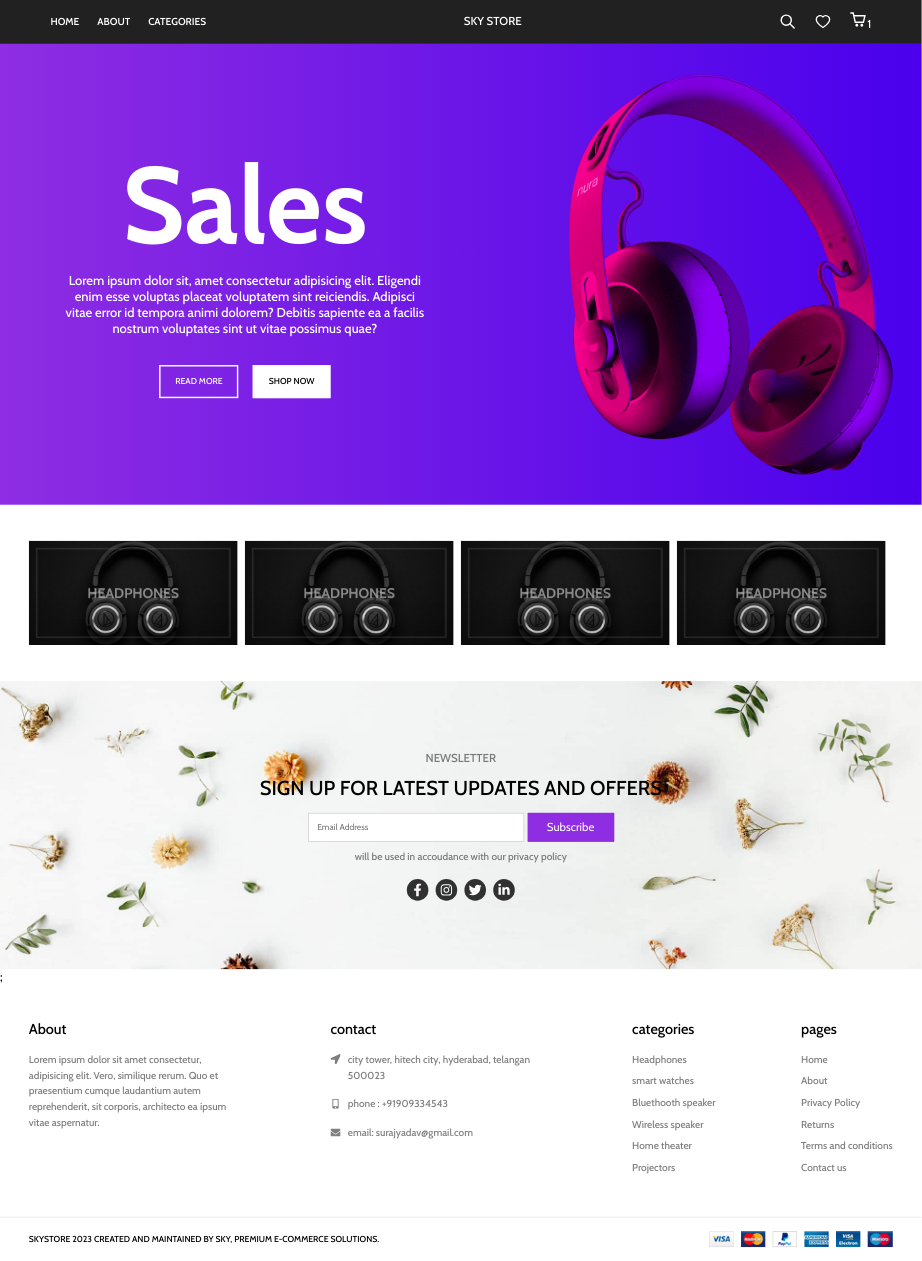
Repository: suraj-yadav7/ecommerce
Page: /
The author's editor kept a copy of each file at every save. The page is drawn from the files as they stood at one save, then again after the next save.
The browser window is 1280 px wide. The pictures show the whole page, at 72% of full size.
The project was rebuilt for these pictures with package versions that can differ from the ones it lists, and the page was loaded fresh each time. Also part of the build but not shown: src/components/Category/Category.scss, src/components/Category/Category.jsx, src/components/SingleProduct/SingleProduct.scss, src/components/SingleProduct/SingleProduct.jsx, src/App.scss, src/components/Header/Search/Search.scss, src/components/Header/Search/Search.jsx, src/components/Cart/Cart.scss and 3 more.

Above is the page before, as saved 2023-06-19 11:41:09.

### src/index.jsx
import React from 'react';
import ReactDOM from 'react-dom/client';
import './index.scss';
import App from './App';
import { Provider } from 'react-redux';
import store from './store/store';

const root = ReactDOM.createRoot(document.getElementById('root'));
root.render(
<Provider store={store}>
    <App />
</Provider>
);

### src/App.jsx
import React from 'react';
import { BrowserRouter as Router, Routes, Route } from 'react-router-dom';
import Home from "./components/Home/Home"
import Category from "./components/Category/Category"
import SingleProduct from "./components/SingleProduct/SingleProduct"
import './App.scss';
import Header from './components/Header/Header';
import Footer from './components/Footer/Footer';
import Newsletter from './components/Footer/Newsletter/Newsletter';

function App() {
  return (
   <>
   <Router>
    <Header/>
    <Routes>
        <Route exact path="/" element={<Home/>} />
        <Route exact path="/category/:id" element={<Category/>} />
        <Route exact path="/product/:id" element={<SingleProduct/>} />
    </Routes>
    <Newsletter/>
    <Footer />
   </Router>
   </>
  );
}

export default App;

### src/store/store.jsx
import { configureStore } from "@reduxjs/toolkit";
import productSlice from "./slices/productSlice";


const store = configureStore({
    reducer:{
        product:productSlice
    }
})

export default store;

### src/components/Home/Home.jsx
import { useDispatch, useSelector } from "react-redux";
import "./Home.scss";
import { addElement } from "../../store/slices/productSlice";
import Banner from "./Banner/Banner";
import Category from "../Home/Category/Category";


const Home = () => {
    const dispatch = useDispatch()
    const data = useSelector((state) => state.product.data)
    return (
        <>
            <div className="home">
                <Banner />
                <div className="main-content">
                    <div className="layout">
                        <Category />
                    </div>
                </div>
            </div>
        </>

    )
};

export default Home;

### src/components/Header/Header.jsx
import "./Header.scss";
import Search from "./Search/Search"
import Cart from "../Cart/Cart"
import { TbSearch } from "react-icons/tb"
import { CgShoppingCart } from "react-icons/cg"
import { AiOutlineHeart } from "react-icons/ai"
import "./Header.scss"
import { useEffect, useState } from "react";

const Header = () => {
    const [scrollVal, setScrollVal] = useState(false)
    const handleScroll = ()=>{
        const offset = window.scrollY;
        console.log(offset)
        if(offset > 200){
            setScrollVal(true)
        }
        else{
            setScrollVal(false)
        }
    }
    useEffect(()=>{
        window.addEventListener("scroll", handleScroll)
    },[])

    return (
        <>
            <header className={`main-header ${scrollVal? "sticky-header":""}`}>
                <div className="header-content">
                    <ul className="left" >
                        <li>Home</li>
                        <li>About</li>
                        <li>Categories</li>
                    </ul>
                    <div className="center"> SKY STORE</div>
                    <div className="right">
                        <TbSearch />
                        <AiOutlineHeart />
                        <span className="cart-icon">
                            <CgShoppingCart />1
                        </span>
                    </div>
                </div >
            </header >
        </>
    )
};

export default Header;

### src/components/Footer/Footer.jsx
import React from "react";
import "./Footer.scss";
import { FaLocationArrow, FaMobileAlt, FaEnvelope } from "react-icons/fa";
import Payment from "../../assets/payments.png";
const Footer = () => {
    return (
        <footer className="footer">
            <div className="footer-content">
                <div className="col">
                    <div className="title" > About</div>
                    <div className="text">Lorem ipsum dolor sit amet consectetur, adipisicing elit. Vero, similique rerum. Quo et praesentium cumque laudantium autem reprehenderit, sit corporis, architecto ea ipsum vitae aspernatur. </div>
                </div>
                <div className="col">
                    <div className="title" > contact</div>
                    <div className="c-item">
                        <FaLocationArrow />
                        <div className="text">city tower, hitech city, hyderabad, telangan 500023</div>
                    </div>
                    <div className="c-item">
                        <FaMobileAlt />
                        <div className="text">phone : +91909334543</div>
                    </div>
                    <div className="c-item">
                        <FaEnvelope />
                        <div className="text">email: surajyadav@gmail.com</div>
                    </div>

                </div>
                <div className="col">
                    <div className="title" > categories</div>
                    <div className="text">Headphones</div>
                    <div className="text">smart watches</div>
                    <div className="text">Bluethooth speaker</div>
                    <div className="text">Wireless speaker</div>
                    <div className="text">Home theater</div>
                    <div className="text">Projectors</div>
                </div>
                <div className="col">
                    <div className="title" > pages</div>
                    <div className="text">Home</div>
                    <div className="text">About</div>
                    <div className="text">Privacy Policy</div>
                    <div className="text">Returns</div>
                    <div className="text">Terms and conditions</div>
                    <div className="text">Contact us</div>
                </div>
            </div>
            <div className="bottom-bar">
                <div className="bottom-bar-content">
                    <div className="text">
                        SKYSTORE 2023 CREATED AND MAINTAINED BY SKY, PREMIUM E-COMMERCE SOLUTIONS.
                    </div>
                    <img src={Payment} alt="payment-options"/>
                </div>
            </div>
        </footer>
    )
};
export default Footer;

### src/components/Footer/Newsletter/Newsletter.jsx
import React from "react";
import {
    FaFacebookF,
    FaTwitter,
    FaInstagram,
    FaLinkedinIn,
} from "react-icons/fa";
import "./Newsletter.scss"

const Newsletter = () => {
    return (
    <>
        <div className="newsletter-section">
            <div className="newsletter-content">
                <span className="small-text" >Newsletter</span>
                <span className="big-text"> Sign up for latest updates and offers</span>
                <div className="form">
                    <input type="text" placeholder="Email Address" />
                    <button className="btn-sub">Subscribe</button>
                </div>
                <div className="text">will be used in accoudance with our privacy policy </div>
                <div className="social-icons">
                    <div className="icon">
                        <FaFacebookF size={18} />
                    </div>
                    <div className="icon">
                        <FaInstagram size={18} />
                    </div>
                    <div className="icon">
                        <FaTwitter size={18} />
                    </div>
                    <div className="icon">
                        <FaLinkedinIn size={18} />
                    </div>

                </div>
            </div>
        </div>;
    </>
    )
};
export default Newsletter;

### src/store/slices/productSlice.jsx
import { createSlice } from "@reduxjs/toolkit";

const productSlice = createSlice({
    name:"productSlice",
    initialState:{
        data:["lg", "sansung", "onida"],
        loading:false,
        error:null
    },

    reducers:{
        addElement:(state, action)=>{
            state.data.push(action.payload)
        },

    },

    extraReducers:{

    }


})

export default productSlice.reducer

export const {addElement}= productSlice.actions;

### src/components/Home/Home.scss
@import "../../css-config/mixins.scss";

.main-content{
    max-width: calc(100% - 20px);
    margin: 0 auto;
    @include md{
        max-width: 1200px;
    }
}

### src/components/Home/Banner/Banner.jsx
import "./Banner.scss";
import BannerImg from '../../../assets/banner-img.png'
const Banner = () => {
    return(
        <>
        <div className="hero-banner">
            <div className="content">
                <div className="text-content">
                    <h1>Sales</h1>
                    <p>Lorem ipsum dolor sit, amet consectetur adipisicing elit. Eligendi enim esse voluptas placeat voluptatem sint reiciendis. Adipisci vitae error id tempora animi dolorem? Debitis sapiente ea a facilis nostrum voluptates sint ut vitae possimus quae?</p>
                    <div className="ctas">
                        <div className="banner-cta">Read More</div>
                        <div className="banner-cta v2">Shop now</div>
                    </div>
                </div>
                <img src={BannerImg}className="banner-img" alt="banner-img"></img>
            </div>

        </div>

        </>
)
};

export default Banner;

### src/components/Home/Category/Category.jsx
import React from "react";
import cart1 from "../../../assets/category/cat-1.jpg"
import "./Category.scss";
const Category = () => {
    return (
    <>
        <div className="shop-by-category">
            <div className="categories">
                <div className="category">
                    <img src={cart1} alt=""/>
                </div>
                <div className="category">
                    <img src={cart1} alt=""/>
                </div>
                <div className="category">
                    <img src={cart1} alt=""/>
                </div>

                <div className="category">
                    <img src={cart1} alt=""/>
                </div>
            </div>

        </div>

    </>
    )
};

export default Category;

### src/components/Header/Header.scss
@import "../../css-config/mixins.scss";

.main-header {
    width: 100%;
    padding: 0 20px;
    background-color: #212121;
    color: white;
    border-bottom: 1px solid rgba(0, 0, 0, 0.1);
    z-index: 99;
    @include md {
        padding: 0 40px;
    }

    .header-content {
        display: flex;
        justify-content: space-between;
        align-items: center;
        height: 50px;
        max-width: 95%;
        margin: 0 auto;

        @include md {
            height: 60px;
        }

        .left {
            list-style-type: none;
            display: none;
            gap: 25px;

            @include md {
                display: flex;
            }

            li {
                font-size: 14px;
                font-weight: 600;
                text-transform: uppercase;
                cursor: pointer;
            }
        }

        •center {
            font-size: 22px;
            font-weight: 700;
            cursor: pointer;

            @include md {
                font-size: 33px;
                position: absolute;
                left: 50%;
                transform: translateX(-50%);
            }
        }

        .right {
            display: flex;
            align-items: center;
            gap: 20px;

            @include md {
                gap: 25px;
            }

            svg {
                font-size: 20px;
                cursor: pointer;

                @include md {
                    font-size: 24px;
                }
            }

            .cart-icon {
                position: relative;

                span {
                    min-width: 20px;
                    text-align: center;
                    background-color: #8e2de2;
                    padding: 2.5px;
                    position: absolute;
                    top: -5px;
                    right: -12px;
                    font-size: 12px;
                    line-height: 1;
                    border-radius: 10px;

                }
            }
        }

    }

    &.sticky-header{
        position: sticky;
        top:0;
        transform: translateY(-60);
        animation: stickyHeader 0.3s ease forwards;
    }
}

@keyframes stickyHeader{
    0%{
        transform: translateY(-60px);
    }
    100%{
        transform: translateY(0);
    }
}

### src/components/Footer/Footer.scss
@import "../../css-config/mixins.scss";

.footer {
    width: 100%;

    .footer-content {
        padding: 50px 20px;
        max-width: 1200px;
        margin: 0 auto;
        display: flex;
        flex-flow: wrap;
        gap: 20px;

        @include md {
            justify-content: space-between;
            padding: 50px 0;
        }

        .col {
            max-width: 300px;

            .title {
                margin-bottom: 20px;
                font-size: 20px;
            }

            .text {
                color: rgb(0, 0, 0, 0.5);
                font-size: 14px;
                margin-bottom: 8px;
            }

            .c-item {
                display: flex;
                margin-bottom: 10px;

                svg {
                    flex-shrink: 0;
                    font-size: 14px;
                    margin-right: 10px;
                    margin-top: 4px;
                    color: rgb(0, 0, 0, 0.5);

                }
            }
        }
    }

    .bottom-bar {
        border-top: 1px solid rgba(0, 0, 0, 0.1);
        .bottom-bar-content {
            padding: 20px;
            display: flex;
            align-items: center;
            flex-direction: column;
            text-align: center;
            gap: 10px;
            @include md {
                padding: 0;
                height: 60px;
                max-width: 1200px;
                margin: 0 auto;
                flex-direction: row;
                justify-content: space-between;
                text-align: left;
            }
            .text {
                font-size: 12px;
                color: Orgba (0, 0, 0, 0.5);
            }
        }
    }
}

### src/components/Footer/Newsletter/Newsletter.scss
@import "../../../css-config/mixins.scss";

.newsletter-section {
    width: 100%;
    height: 400px;
    display: flex;
    align-items: center;
    background: #f9f9f9 url("../../../assets/newsletter-bg.jpeg");
    background-position: center;
    background-repeat: no-repeat;
    background-size: cover;

    .newsletter-content {
        width: fit-content;
        display: flex;
        flex-direction: column;
        align-items: center;
        margin: 0 auto;
        text-align: center;

        .small-text {
            margin-bottom: 15px;
            text-transform: uppercase;
            color: rgba(0, 0, 0, 0.5);
        }

        .big-text {
            margin-bottom: 20px;
            font-size: 22px;
            line-height: 30px;
            font-weight: 500;
            text-transform: uppercase;
            padding: 0 30px;

            @include md {
                font-size: 28px;
            }
        }

        .form {
            display: flex;
            gap: 05px;
            margin-bottom: 10px;

            .btn-sub {
                outline: 0;
                border: 0;
                height: 40px;
                width: 100px;
                display: flex;
                align-items: center;
                justify-content: center;
                cursor: pointer;
                font-size: 16px;
                color: white;
                background-color: #8e2de2;
                border: 3px solid #8e2de2;

                @include md {
                    width: 120px;
                }
            }

            input {
                width: 200px;
                height: 40px;
                border-radius: 0;
                border: 1px solid rgba(0, 0, 0, 0.2);
                padding: 0 12px;
                font-size: 12px;
                outline: none;

                @include md {
                    width: 300px;
                }

            }


        }

        .text {
            margin-bottom: 20px;
            font-size: 14px;
            color: rgb(0, 0, 0, 0.5);
        }

        .social-icons {
            display: flex;
            gap: 10px;
            .icon {
                width: 30px;
                height: 30px;
                background-color: rgba(0, 0, 0, 0.8);
                border-radius: 50%;
                color: white;
                display: flex;
                justify-content: center;
                align-items: center;
            }
        }

        }
    }

### src/components/Home/Banner/Banner.scss
@import "../../../css-config/mixins.scss";

.hero-banner {
    padding: 40px 0;
    position: relative;
    background-image: linear-gradient(to right, #8e2de2, #4a00ed);
    @include md {
    height: calc(100vh - 80px) ;
    }
    .content{
    height: 100%;
    display: flex;
    justify-content: flex-end;
    align-items: center;
    flex-direction: column-reverse;
    max-width: calc(100% - 20px);
    margin: 0 auto;
    position: relative;
    @include md {
    flex-direction: row;
    max-width: 1200px;
    }
    .banner-img {
        position: relative;
        z-index: 9;
        width: 200px;
        margin-bottom: 20px;
        @include md{
            width: 450px;
            margin-right: 0px;
            margin-top: 0px;
            margin-bottom: 0;
        }
        @include xxl {
        width: 600px;
        margin-right: 0;
        margin-top: 0;
    }
    }
    .text-content {
        color: white;
        text-align: center;
        display: flex;
        flex-direction: column;
        align-items: center;
        @include md {
        position: absolute;
        left: 50px;
        top: 50%;
        transform: translateY(-50%) ;
        }
        @include xxl {
        left: 0;
        }
        h1{
            font-size: 80px;
            font-weight: 700;
            line-height: 1;
            margin-bottom: 20px;
            @include md{
                font-size: 150px;
            }
        }

        p{
            max-width: 300px;
            font-size: 14px;
            list-style: 20px;
            margin-bottom: 20px;
            @include md{
                max-width: 500px;
                font-size: 18px;
                line-height: 22px;
                margin-bottom: 40px;
            }
        }
        .ctas{
            display: flex;
            justify-content: center;
            gap: 20px;
            .banner-cta{
                text-transform: uppercase;
                font-size: 12px;
                font-weight: 500;
                width: fit-content;
                border: 2px solid white;
                padding: 10px 20px;
                cursor: pointer;
                &.v2{
                    background-color: white;
                    color: black;

                }
                &:hover{
                    opacity: 0.6;
                }
            }
        }
     }
    }
 }

### src/components/Home/Category/Category.scss
@import "../../../css-config/mixins.scss";

.shop-by-category {
    margin: 25px 0;
    @include md {
        margin: 50px 0;
    }
    .categories {
        display: flex;
        flex-flow: wrap;
        gap: 10px;
        .category {
            background-color: Oblack;
            width: calc(50% - 5px);
            cursor: pointer;
            overflow: hidden;
            @include md {
                width: calc(25% - 10px);
            }
            img {
                width: 100%;
                display: block;
                transition: all ease 0.3s;

            }
            &:hover{
                img{
                    transform: scale(1.2)
                }
            }
        }
    }
}

### src/components/Products/Products.jsx
import React from "react";
import Product from "./Product/Product"
import "./Products.scss";
const Products = () => {
    return (
        <>
        <div className="products-container">
            <div className="sec-heading">section heading</div>
            <div className="products">
                <Product />
            </div>
        </div>
        </>
        )
};

export default Products;

### src/components/Products/Product/Product.jsx
import "./Product.scss";
const Product = () => {
    return(
        <>
        <div className="demo">single prodct</div>
         </>
    )
};

export default Product;

Loaded but not shown: public/index.html (common file); src/index.scss (common file); src/css-config/mixins.scss (common file)

After the next save:
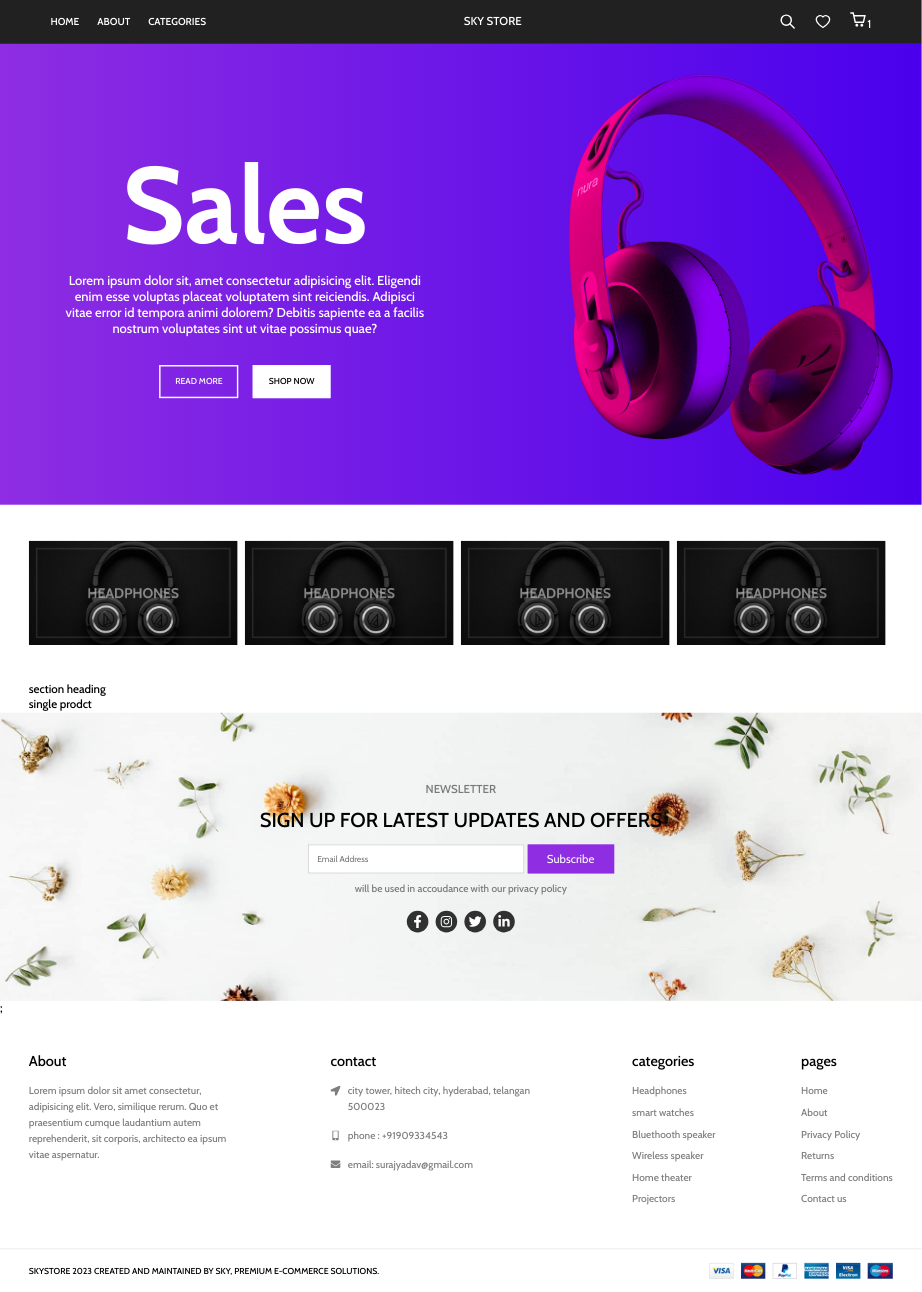
Saved 15 s later.
--- a/src/components/Home/Home.jsx
+++ b/src/components/Home/Home.jsx
@@ -3,6 +3,7 @@
 import { addElement } from "../../store/slices/productSlice";
 import Banner from "./Banner/Banner";
 import Category from "../Home/Category/Category";
+import Products from "../Products/Products";
 
 
 const Home = () => {
@@ -15,6 +16,7 @@
                 <div className="main-content">
                     <div className="layout">
                         <Category />
+                        <Products />
                     </div>
                 </div>
             </div>
